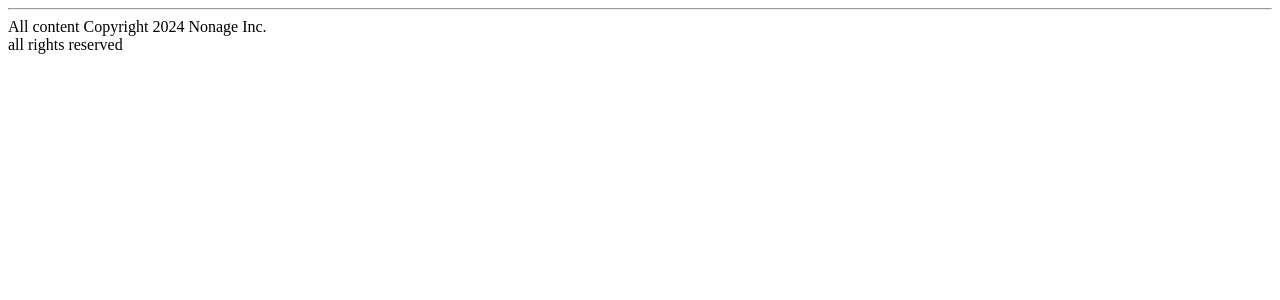
Repository: jungwoonAn/jsp_basic
Page: http://localhost/MustHaveJSP/01_directive/footer.jsp
These files come from the project's save history. The page is drawn as it stood at one moment and after the next save; the edit follows.
The browser window is 1280 px wide. The pictures show the whole page.
The page is served by Tomcat 10. Other server files are loaded and not shown.

Above is the page before, as saved 2024-10-16 07:12:08.

### MustHaveJSP/src/main/webapp/01_directive/footer.jsp
<%@ page language="java" contentType="text/html; charset=UTF-8"
    pageEncoding="UTF-8"%>
<!DOCTYPE html>
<html>
<head>
<meta charset="UTF-8">
<title>Insert title here</title>
<style type="text/css">
	#copyright: {text-align:center}
</style>
</head>
<body>
	<hr>
	<div id="copyright">
		All content Copyright 2024 Nonage Inc.<br>
		all rights reserved
	</div>
</body>
</html>

After the next save:
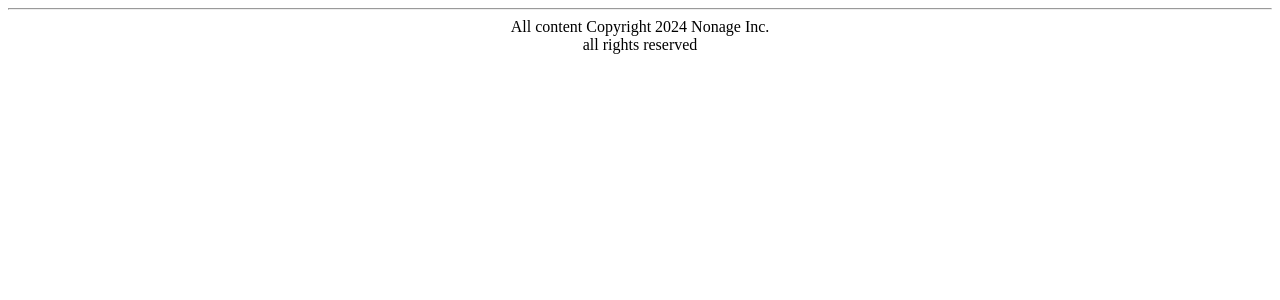
Saved 19 s later.
--- a/MustHaveJSP/src/main/webapp/01_directive/footer.jsp
+++ b/MustHaveJSP/src/main/webapp/01_directive/footer.jsp
@@ -6,12 +6,12 @@
 <meta charset="UTF-8">
 <title>Insert title here</title>
 <style type="text/css">
-	#copyright: {text-align:center}
+	.copyright {text-align:center}
 </style>
 </head>
 <body>
 	<hr>
-	<div id="copyright">
+	<div class="copyright">
 		All content Copyright 2024 Nonage Inc.<br>
 		all rights reserved
 	</div>
